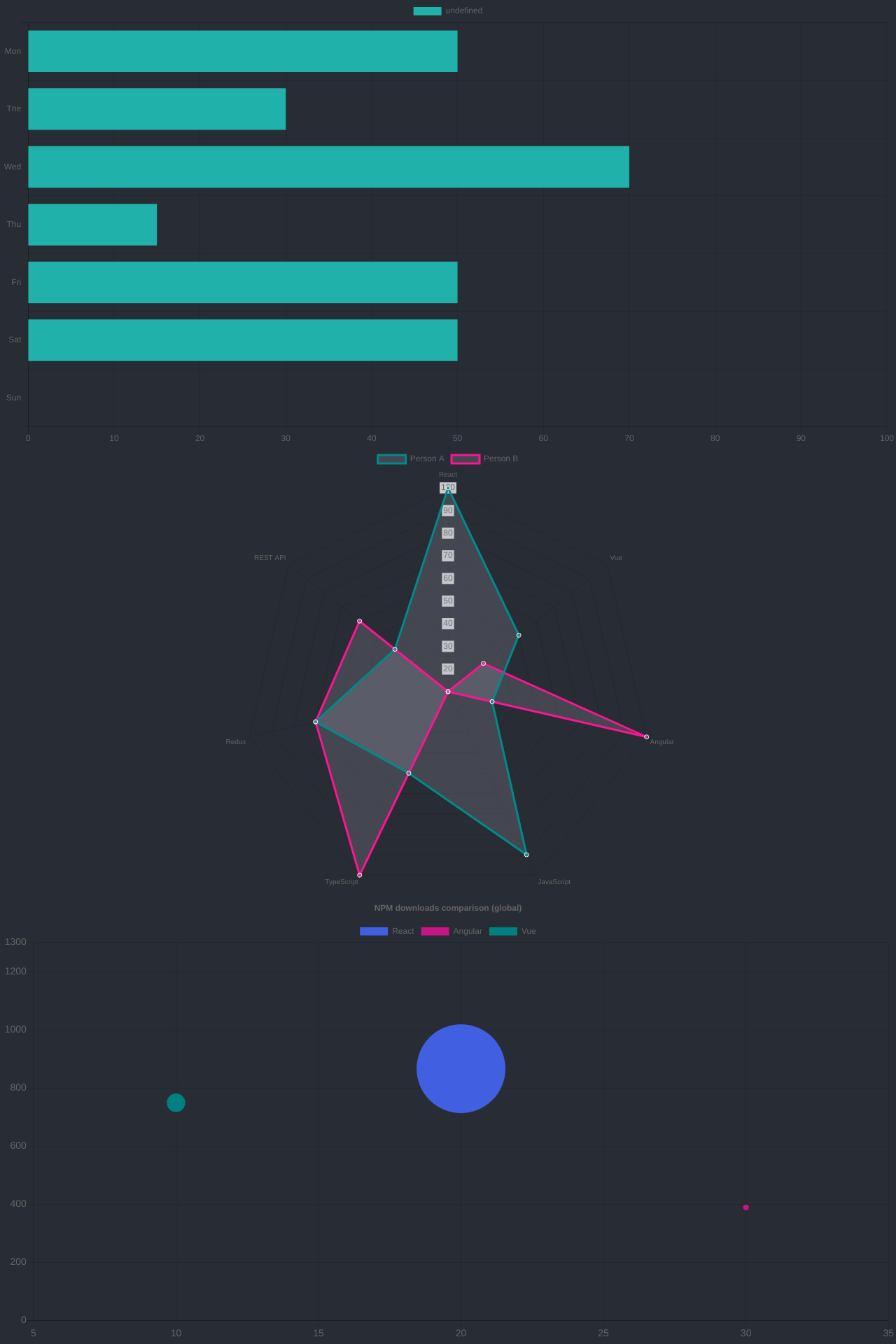
Repository: ShunsukeTanizaki/COVID19-Live
Page: /
An editor plug-in stored every save of this project. The page is shown before and after the next save, followed by the edit.
The browser window is 1280 px wide. The pictures show the part of the page from y = 2560 to 4480 px (the page is 4480 px tall), at 70% of full size.
The project was rebuilt for these pictures with package versions that can differ from the ones it lists, and the page was loaded fresh each time.

Above is the page before, as saved 2020-11-06 00:58:09.

### src/App.tsx
import React from "react";
// import logo from "./logo.svg";
import "./App.css";
import LinePlot from "./components/LinePlot";
import PiePlot from "./components/PiePlot";
import BarPlot from "./components/BarPlot";
import RaderPlot from "./components/RaderPlot";
import BubblePlot from "./components/BubblePlot";

function App() {
    return (
        <div className="App">
            <LinePlot />
            <PiePlot />
            <BarPlot />
            <RaderPlot />
            <BubblePlot />
        </div>
    );
}

export default App;

### src/App.css
.App {
    background-color: #282c34;
    text-align: center;
}

.App-logo {
    height: 40vmin;
    pointer-events: none;
}

@media (prefers-reduced-motion: no-preference) {
    .App-logo {
        animation: App-logo-spin infinite 20s linear;
    }
}

.App-header {
    background-color: #282c34;
    min-height: 100vh;
    display: flex;
    flex-direction: column;
    align-items: center;
    justify-content: center;
    font-size: calc(10px + 2vmin);
    color: white;
}

.App-link {
    color: #61dafb;
}

@keyframes App-logo-spin {
    from {
        transform: rotate(0deg);
    }
    to {
        transform: rotate(360deg);
    }
}

### src/components/LinePlot.tsx
import React from "react";
import { Line } from "react-chartjs-2";

const data = {
    labels: ["Mon", "Tne", "Wed", "Thu", "Fri", "Sat", "Sun"],
    datasets: [
        {
            label: "Demo Line plot",
            backgroundColor: "#008080",
            borderColor: "#7fffd4",
            pointBorderWidth: 10,
            data: [1, 6, 9, 15, 30, 40, 80]
        }
    ]
};

const LinePlot: React.FC = () => {
    return (
        <div>
            <Line data={data} />
        </div>
    );
};

export default LinePlot;

### src/components/PiePlot.tsx
import React from "react";
import { Pie, Doughnut } from "react-chartjs-2";

const data = {
    labels: ["Windows", "Mac", "Linux"],
    datasets: [
        {
            data: [90, 7, 3],
            backgroundColor: ["#4196e1", "#ff1493", "#FFCE56"],
            hoverBackgroundColor: ["#36A2BE", "#FF6384", "#FFCE56"],
            borderColor: ["transparent", "transparent", "transparent"]
        }
    ]
};

const PiePlot: React.FC = () => {
    return (
        <div>
            <Pie data={data} />
            <Doughnut data={data} />
        </div>
    );
};

export default PiePlot;

### src/components/BarPlot.tsx
import React from "react";
import { Bar, HorizontalBar } from "react-chartjs-2";

const data = {
    labels: ["Mon", "Tne", "Wed", "Thu", "Fri", "Sat", "Sun"],
    datasets: [
        {
            labsl: "Demo bdr plot",
            backgroundColor: "#20b2aa",
            borderColor: "transParent",
            hoverBackgroundColor: "#5f9ea0",
            data: [50, 30, 70, 15, 50, 50, 0, 100]
        }
    ]
};

const BarPlot: React.FC = () => {
    return (
        <div>
            <Bar data={data} />
            <HorizontalBar data={data} />
        </div>
    );
};

export default BarPlot;

### src/components/RaderPlot.tsx
import React from "react";
import { Radar } from "react-chartjs-2";

const data = {
    labels: [
        "React",
        "Vue",
        "Angular",
        "JavaScript",
        "TypeScript",
        "Redux",
        "REST API"
    ],
    datasets: [
        {
            label: "Person A",
            backgroundColor: "rgba(179,181,198,0.2)",
            borderColor: "#008b8b",
            pointBackgloundColor: "#008b8b",
            pointBorderColor: "#fff",
            data: [100, 50, 30, 90, 50, 70, 40]
        },
        {
            label: "Person B",
            backgroundColor: "rgba(179,181,198,0.2)",
            borderColor: "#ff1493",
            pointBackgloundColor: "#ff1493",
            pointBorderColor: "#fff",
            data: [10, 30, 100, 10, 100, 70, 60]
        }
    ]
};
const RaderPlot: React.FC = () => {
    return (
        <div>
            <Radar data={data} />
        </div>
    );
};

export default RaderPlot;

### src/components/BubblePlot.tsx
import React from "react";
import { Bubble } from "react-chartjs-2";

const data = {
    datasets: [
        {
            label: "React",
            backgroundColor: "#4160e1",
            borderColor: "transparent",
            data: [{ x: 20, y: 866, r: 6350000 / 100000 }]
        },
        {
            label: "Angular",
            backgroundColor: "#c71585",
            borderColor: "transparent",
            data: [{ x: 30, y: 389, r: 410000 / 100000 }]
        },
        {
            label: "Vue",
            backgroundColor: "#008080",
            borderColor: "transparent",
            data: [{ x: 10, y: 749, r: 1320000 / 100000 }]
        }
    ]
};

const options = {
    title: {
        display: true,
        fontsize: 18,
        text: "NPM downloads comparison (global)"
    },
    scales: {
        yAxes: [
            {
                scaleLabal: {
                    display: true,
                    labelString: "Number of job offer LinkedIn (Japan)",
                    fontSize: 18
                },
                ticks: {
                    min: 0,
                    max: 1300,
                    fontSize: 14
                }
            }
        ],
        xAxes: [
            {
                scaleLabal: {
                    display: true,
                    labelString: "Learning Cost",
                    fontSize: 18
                },
                ticks: {
                    min: 5,
                    max: 35,
                    fontSize: 14
                }
            }
        ]
    }
};

const BubblePlot: React.FC = () => {
    return (
        <div>
            <Bubble data={data} options={options} />
        </div>
    );
};

export default BubblePlot;

Loaded but not shown: public/index.html (common file); src/index.tsx (common file); src/index.css (common file); src/reportWebVitals.ts (common file)

After the next save:
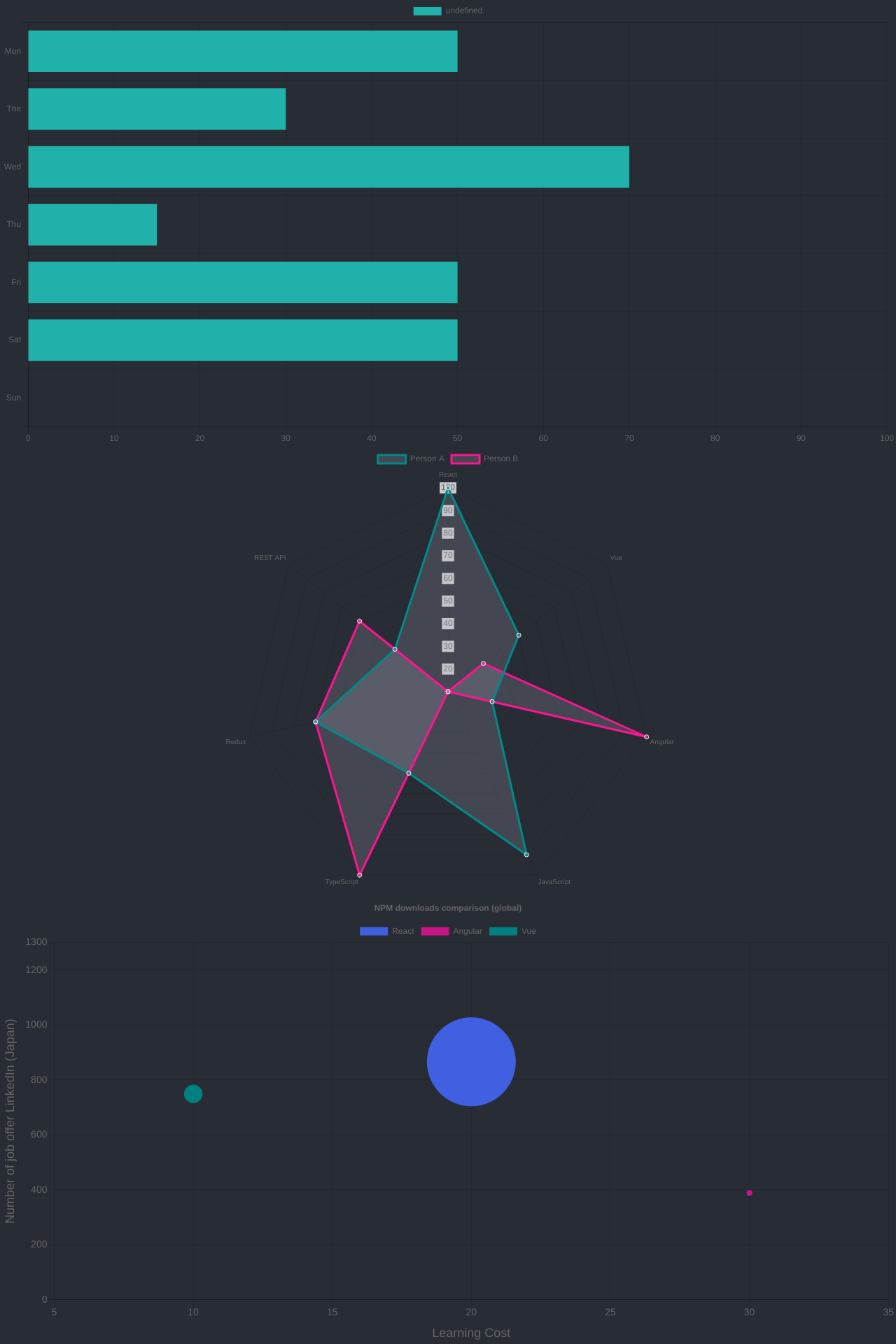
Saved 87 s later.
--- a/src/components/BubblePlot.tsx
+++ b/src/components/BubblePlot.tsx
@@ -33,7 +33,7 @@ const options = {
     scales: {
         yAxes: [
             {
-                scaleLabal: {
+                scaleLabel: {
                     display: true,
                     labelString: "Number of job offer LinkedIn (Japan)",
                     fontSize: 18
@@ -47,7 +47,7 @@ const options = {
         ],
         xAxes: [
             {
-                scaleLabal: {
+                scaleLabel: {
                     display: true,
                     labelString: "Learning Cost",
                     fontSize: 18
